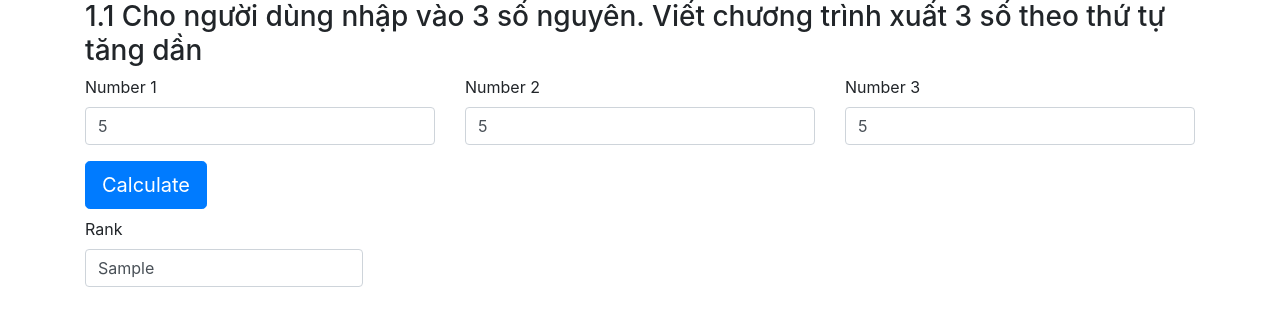
Repository: baobaodeveloper/bootscamp21__jsbasic__HuynhAnhBao
Page: index.html
The author's editor kept a copy of each file at every save. The page is drawn from the files as they stood at one save, then again after the next save.
The browser window is 1280 px wide. The pictures show the whole page.
Empty fields were first filled with sample values (such as "Sample", 5 or name@example.com).
After loading, the first visible `button.btn` was clicked once.

Above is the page before, as saved 2022-03-09 23:29:21.

After the next save:
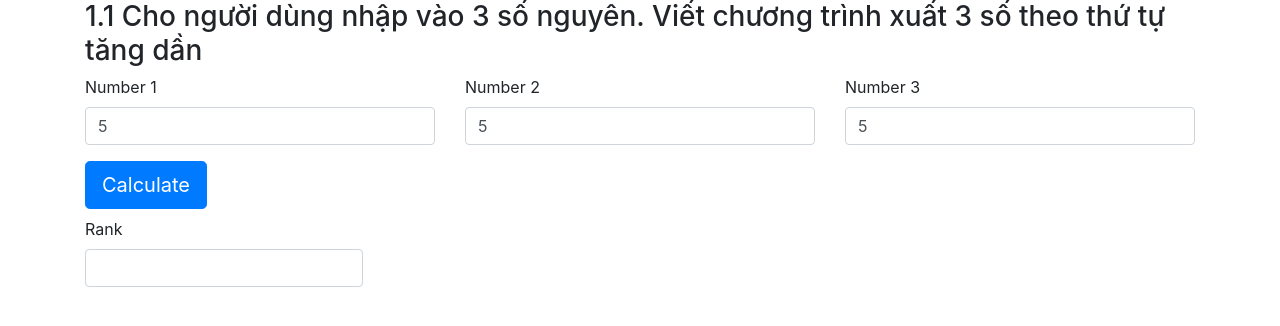
Saved 15 s later.
--- a/exercise1.js
+++ b/exercise1.js
@@ -18,4 +18,5 @@ btnRank.addEventListener("click", () => {
   } else if (num3 < num2 && num2 < num1) {
     rank = `${num3}  ${num2} ${num1}`;
   }
+  result1.value = rank;
 });
